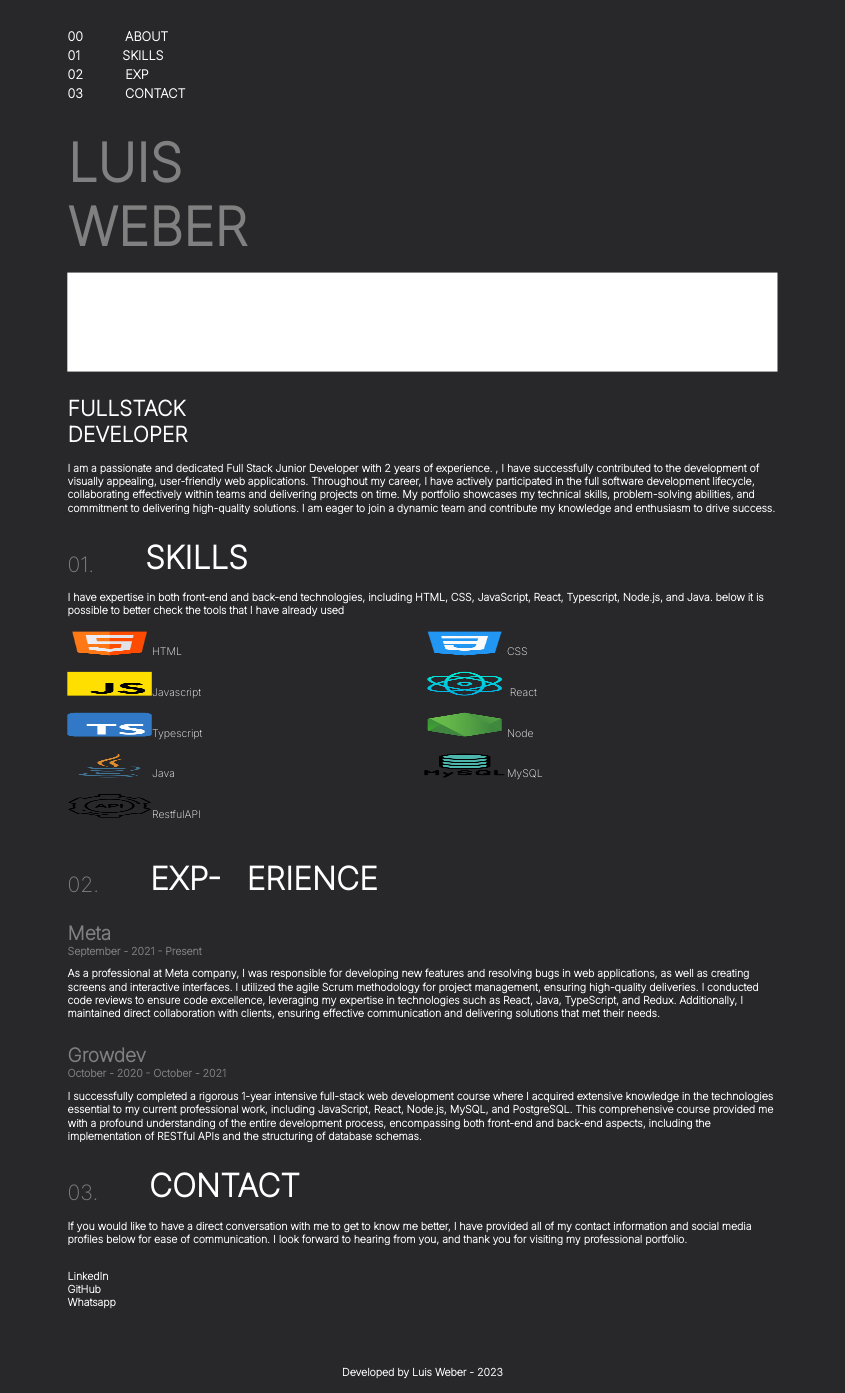
Repository: luiswh1/Portfolio
Page: /
An editor plug-in stored every save of this project. The page is shown before and after the next save, followed by the edit.
The browser window is 1280 px wide. The pictures show the whole page, at 66% of full size.
The project was rebuilt for these pictures with package versions that can differ from the ones it lists, and the page was loaded fresh each time.

Above is the page before, as saved 2023-06-01 20:31:21.

### public/index.html
<!DOCTYPE html>
<html lang="en">
  <head>
    <meta charset="utf-8" />
    <link rel="icon" href="%PUBLIC_URL%/favicon.ico" />
    <meta name="viewport" content="width=device-width, initial-scale=1" />
    <meta name="theme-color" content="#000000" />
    <meta
      name="description"
      content="Web site created using create-react-app"
    />
    <link rel="apple-touch-icon" href="%PUBLIC_URL%/logo192.png" />
    <!--
      manifest.json provides metadata used when your web app is installed on a
      user's mobile device or desktop. See https://developers.google.com/web/fundamentals/web-app-manifest/
    -->
    <link rel="manifest" href="%PUBLIC_URL%/manifest.json" />
    <!--
      Notice the use of %PUBLIC_URL% in the tags above.
      It will be replaced with the URL of the `public` folder during the build.
      Only files inside the `public` folder can be referenced from the HTML.

      Unlike "/favicon.ico" or "favicon.ico", "%PUBLIC_URL%/favicon.ico" will
      work correctly both with client-side routing and a non-root public URL.
      Learn how to configure a non-root public URL by running `npm run build`.
    -->

    <link rel="preconnect" href="https://fonts.googleapis.com">
    <link rel="preconnect" href="https://fonts.gstatic.com" crossorigin>
    <link href="https://fonts.googleapis.com/css2?family=Inter:wght@200&family=Poppins:wght@200;300&display=swap" rel="stylesheet">
    <title>React App</title>
  </head>
  <body>
    <noscript>You need to enable JavaScript to run this app.</noscript>
    <div id="root"></div>
    <!--
      This HTML file is a template.
      If you open it directly in the browser, you will see an empty page.

      You can add webfonts, meta tags, or analytics to this file.
      The build step will place the bundled scripts into the <body> tag.

      To begin the development, run `npm start` or `yarn start`.
      To create a production bundle, use `npm run build` or `yarn build`.
    -->
  </body>
</html>

### src/index.tsx
import React from 'react';
import ReactDOM from 'react-dom/client';
import App from './App';
import GlobalStyle from './styles/globalStyles';

const root = ReactDOM.createRoot(
  document.getElementById('root') as HTMLElement
);
root.render(
  <React.StrictMode>
    <GlobalStyle />
    <App />
  </React.StrictMode>
);

### src/App.tsx
import React from 'react';
import Home from './Pages/Home';

function App() {
  return (
   <Home />
  );
}

export default App;

### src/styles/globalStyles.tsx
import { createGlobalStyle } from 'styled-components'


const GlobalStyle = createGlobalStyle`
* {
    margin: 0;
    font-family: Inter;
  }

html {
  scroll-behavior: smooth;
}

  html, body {
    height: 100%;
    background-color: #28282B;
    color: white;
  }

`

export default GlobalStyle

### src/Pages/Home.tsx
import {
  Container,
  NameSection,
  StyledName,
  InnerContainer,
  Profession,
  About,
  LabelTitle,
  NumberIndex,
  IndexTitle,
  ListSkills,
  SkillItem,
  StyledSpanExp,
  Experience,
  Company,
  Date,
  Description,
  SectionContacts,
  ContactItem,
  FooterSection,
} from "./HomeStyles";
import IndexList from "../Components/IndexList/IndexList";
import { Fade } from "react-awesome-reveal";

const Home = () => {
  return (
    <Container>
      <InnerContainer>
        <Fade direction="down" triggerOnce>
          <IndexList />
          <NameSection>
            <StyledName>
              LUIS <br />
              WEBER
            </StyledName>
          </NameSection>

          {/* TO DO - COMPONENTIZAR UMA STYLED DIV PARA IMAGEM (A DECIDIR LAYOUT AINDA) */}
          <div
            style={{
              width: "100%",
              height: "150px",
              backgroundColor: "white",
              margin: "auto",
              marginTop: "3vh",
            }}
          ></div>
          <Profession>
            FULLSTACK <br />
            DEVELOPER
          </Profession>

          <About>
            I am a passionate and dedicated Full Stack Junior Developer with 2
            years of experience. , I have successfully contributed to the
            development of visually appealing, user-friendly web applications.
            Throughout my career, I have actively participated in the full
            software development lifecycle, collaborating effectively within
            teams and delivering projects on time. My portfolio showcases my
            technical skills, problem-solving abilities, and commitment to
            delivering high-quality solutions. I am eager to join a dynamic team
            and contribute my knowledge and enthusiasm to drive success.
          </About>

          <LabelTitle>
            <NumberIndex>01.</NumberIndex>
            <IndexTitle>SKILLS</IndexTitle>
          </LabelTitle>

          <About>
            I have expertise in both front-end and back-end technologies,
            including HTML, CSS, JavaScript, React, Typescript, Node.js, and
            Java. below it is possible to better check the tools that I have
            already used
          </About>

          <ListSkills>
            <SkillItem>
              <img
                src="/assets/images/html.png"
                alt=""
                style={{ width: "10vw", height: "5vh" }}
              />
              HTML
            </SkillItem>
            <SkillItem>
              <img
                src="/assets/images/css-3.png"
                alt=""
                style={{ width: "10vw", height: "5vh" }}
              />
              CSS
            </SkillItem>
            <SkillItem>
              <img
                src="/assets/images/js.png"
                alt=""
                style={{ width: "10vw", height: "5vh" }}
              />
              Javascript
            </SkillItem>
            <SkillItem>
              <img
                src="/assets/images/physics.png"
                alt=""
                style={{ width: "10vw", height: "5vh" }}
              />{" "}
              React
            </SkillItem>
            <SkillItem>
              <img
                src="/assets/images/typescript.png"
                alt=""
                style={{ width: "10vw", height: "5vh" }}
              />
              Typescript
            </SkillItem>
            <SkillItem>
              <img
                src="/assets/images/node-js.png"
                alt=""
                style={{ width: "10vw", height: "5vh" }}
              />
              Node
            </SkillItem>
            <SkillItem>
              <img
                src="/assets/images/java.png"
                alt=""
                style={{ width: "10vw", height: "5vh" }}
              />
              Java
            </SkillItem>
            <SkillItem>
              <img
                src="/assets/images/mysql.png"
                alt=""
                style={{ width: "10vw", height: "5vh" }}
              />
              MySQL
            </SkillItem>{" "}
            <SkillItem>
              <img
                src="/assets/images/api.png"
                alt=""
                style={{ width: "10vw", height: "5vh" }}
              />
              RestfulAPI
            </SkillItem>
          </ListSkills>

          <LabelTitle id="parent">
            {/* TODO Ajustar o EXP em diferente resoluções de celular, pois está ficando desalinhado com o ERIENCE */}
            <div>
              <NumberIndex>02.</NumberIndex>
            </div>
            <div id="divhaha">
              <StyledSpanExp>EXP-</StyledSpanExp>
              <IndexTitle>ERIENCE</IndexTitle>
            </div>
          </LabelTitle>

          <Experience>
            <Company>Meta</Company>
            <Date>September - 2021 - Present</Date>
            <Description>
              As a professional at Meta company, I was responsible for
              developing new features and resolving bugs in web applications, as
              well as creating screens and interactive interfaces. I utilized
              the agile Scrum methodology for project management, ensuring
              high-quality deliveries. I conducted code reviews to ensure code
              excellence, leveraging my expertise in technologies such as React,
              Java, TypeScript, and Redux. Additionally, I maintained direct
              collaboration with clients, ensuring effective communication and
              delivering solutions that met their needs.
            </Description>
          </Experience>

          <Experience>
            <Company>Growdev</Company>
            <Date>October - 2020 - October - 2021</Date>
            <Description>
              I successfully completed a rigorous 1-year intensive full-stack
              web development course where I acquired extensive knowledge in the
              technologies essential to my current professional work, including
              JavaScript, React, Node.js, MySQL, and PostgreSQL. This
              comprehensive course provided me with a profound understanding of
              the entire development process, encompassing both front-end and
              back-end aspects, including the implementation of RESTful APIs and
              the structuring of database schemas.
            </Description>
          </Experience>

          <LabelTitle>
            <NumberIndex>03.</NumberIndex>
            <IndexTitle>CONTACT</IndexTitle>
          </LabelTitle>

          <About>
            If you would like to have a direct conversation with me to get to
            know me better, I have provided all of my contact information and
            social media profiles below for ease of communication. I look
            forward to hearing from you, and thank you for visiting my
            professional portfolio.
          </About>

          <SectionContacts>
            <ContactItem>LinkedIn</ContactItem>
            <ContactItem>GitHub</ContactItem>
            <ContactItem>Whatsapp</ContactItem>
          </SectionContacts>

          <FooterSection>
            <h4 style={{ marginBottom: "3vh" }}>
              Developed by Luis Weber - 2023
            </h4>
          </FooterSection>
        </Fade>
      </InnerContainer>
    </Container>
  );
};

export default Home;

### src/Pages/HomeStyles.tsx
import { styled } from "styled-components";

export const Container = styled.div`
  width: 100%;
  height: 100%;
  overflow: hidden;
`;

export const InnerContainer = styled.div`
  margin-left: 8vw;
  margin-right: 8vw;
`;

export const NameSection = styled.div`
  width: 100%;
  height: 100%;
  margin-top: 6vh;
`;

export const StyledName = styled.h1`
  font-size: 5em;
  color: gray;
`;

export const Profession = styled.h1`
margin-top: 5vh;
`

export const About = styled.p`
margin-top: 3vh;
color: white;
font-weight: bold;
`
export const LabelTitle = styled.div`
margin-top: 5vh;
display: flex;
align-items: flex-end;
`

export const NumberIndex = styled.span`
  font-size: 2em;
  color: gray;
  margin-right: 3vw;
`;

export const IndexTitle = styled.span`
  font-size: 3em;
  color: white;
  margin-left: 3vw;
  font-weight: bold;
`;


export const ListSkills = styled.div`
margin-top: 3vh;
display: flex;
  flex-wrap: wrap;
`;

export const SkillItem = styled.span`
flex-basis: 50%;
margin-bottom: 3vh;
color: white;
`;

export const StyledSpanExp = styled.span`
font-size: 3em;
color: white;
font-weight: bold;
margin-left: 3vw;
`

export const Experience = styled.section`
margin-top: 5vh;
color: gray;
`

export const Company = styled.h5`
font-size: 1.8em;
`

export const Date = styled.h6`
font-size: 1em;
`

export const Description = styled.p`
color: white;
font-weight: bold;
margin-top: 2vh;
`

export const SectionContacts = styled.p`
margin-top: 5vh;
display: flex;
flex-wrap: wrap;
`

export const ContactItem = styled.span`
flex-basis: 100%;
color: white;
font-weight: bold;
`

export const FooterSection = styled.section`
margin-top: 12vh;
color: white;
font-weight: bold;
display: flex;
justify-content: center;
`

### src/Components/IndexList/IndexList.tsx
import React from "react";
import { Sections, SectionItem } from "./IndexListStyles";

const IndexList = () => {
  return (
    <>
      <Sections>
        <SectionItem>
          <span>00</span>
          <span>ABOUT</span>
        </SectionItem>
        <SectionItem>
          <span>01</span>
          <span>SKILLS</span>
        </SectionItem>
        <SectionItem>
          <span>02</span>
          <span>EXP</span>
        </SectionItem>
        <SectionItem>
          <span>03</span>
          <span>CONTACT</span>
        </SectionItem>
      </Sections>
    </>
  );
};

export default IndexList;

### src/Components/IndexList/IndexListStyles.tsx
import { styled } from "styled-components";

export const Sections = styled.div`
margin-top: 6vh;
`

export const SectionItem = styled.span`
color: white;
font-size: 1.2rem;
font-weight: bold;
display: block;
span:first-child {
    margin-right: 5vw;
  }
  margin-top: 5px;
`

After the next save:
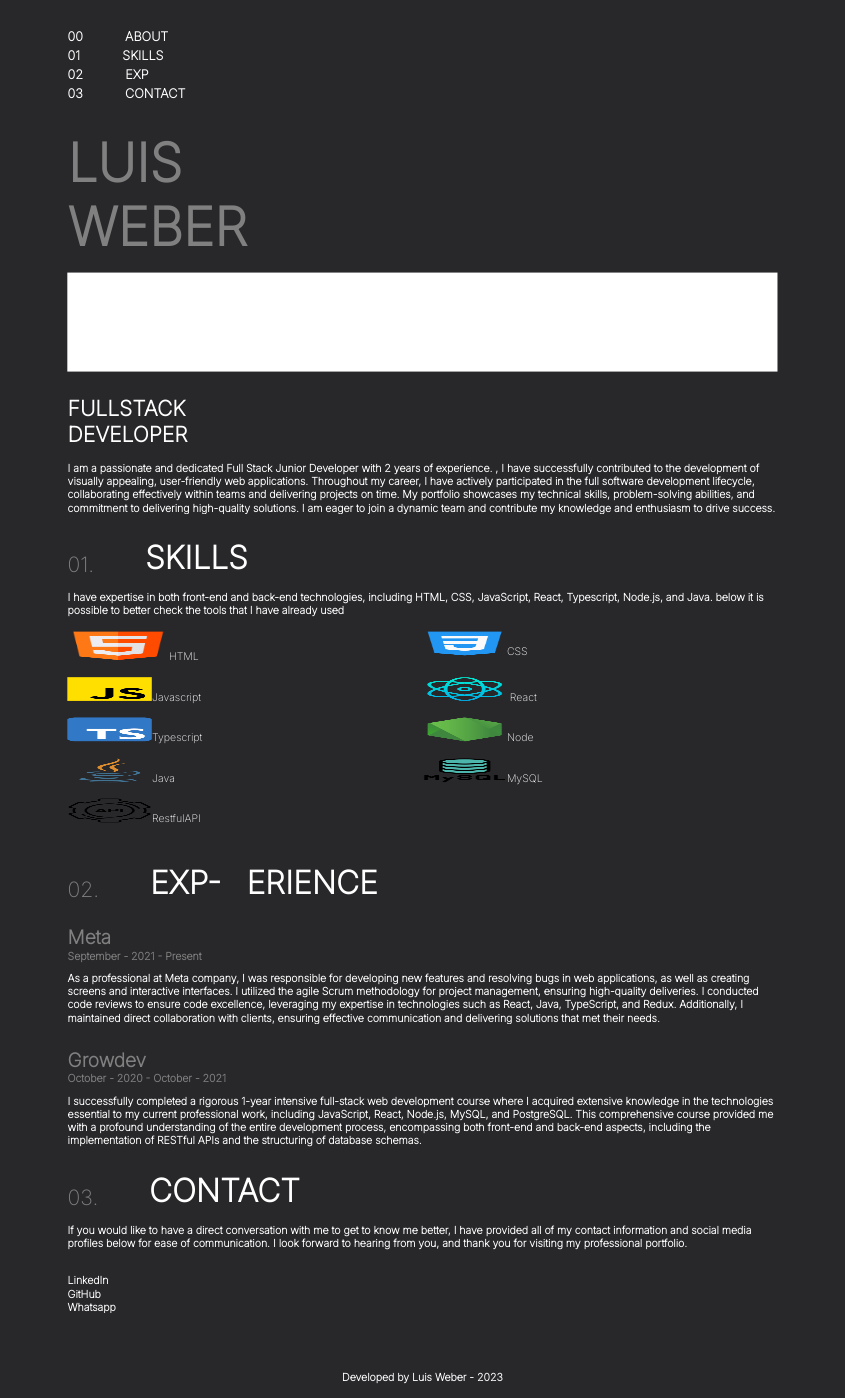
Saved 26 s later.
--- a/src/Pages/Home.tsx
+++ b/src/Pages/Home.tsx
@@ -79,7 +79,7 @@ const Home = () => {
               <img
                 src="/assets/images/html.png"
                 alt=""
-                style={{ width: "10vw", height: "5vh" }}
+                style={{ width: "12vw", height: "6vh" }}
               />
               HTML
             </SkillItem>
